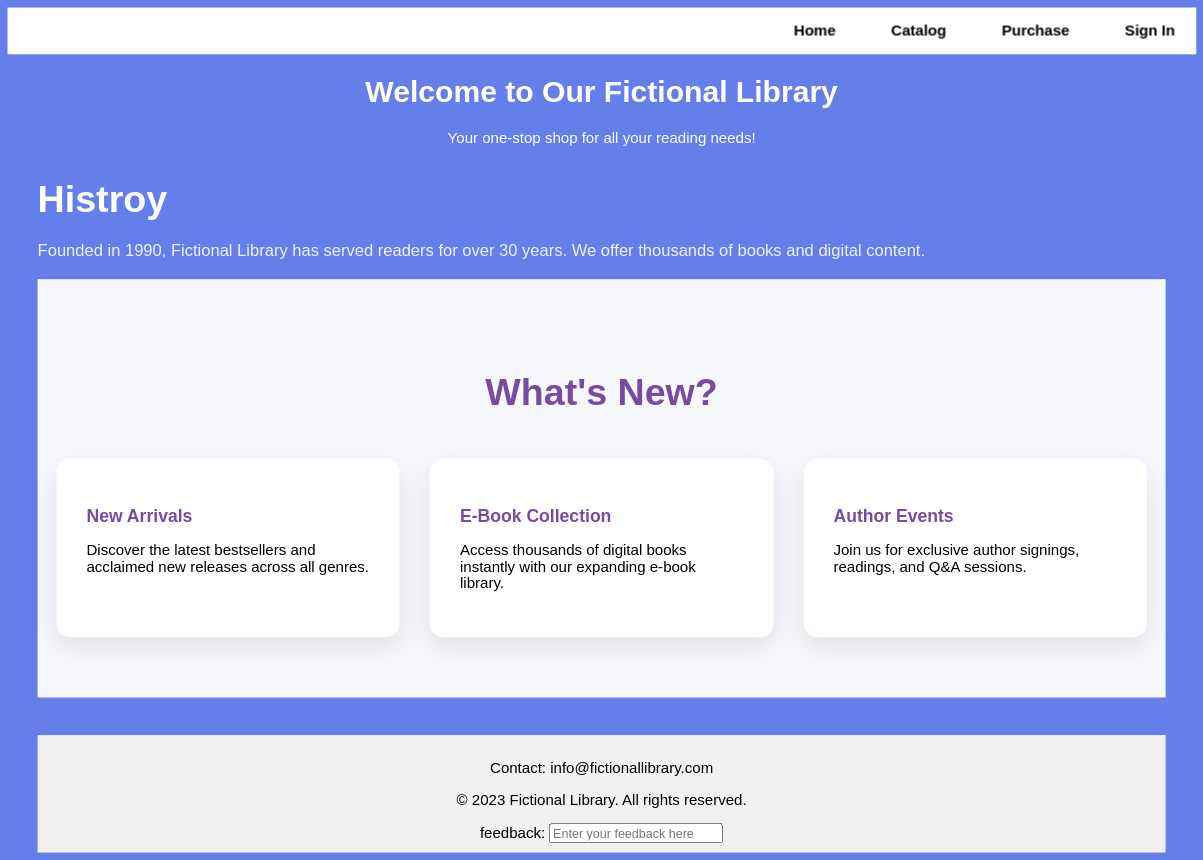
Repository: Ibrahim-Abohola/BookStore
Page: Homepage.html
These files come from the project's save history. The page is drawn as it stood at one moment and after the next save; the edit follows.
The browser window is 1280 px wide. The pictures show the whole page, at 94% of full size.

Above is the page before, as saved 2025-07-16 01:06:22.

### Homepage.html
<!DOCTYPE html>
<html lang="en">
    <head>
    <meta charset="UTF-8">
    <meta name="viewport" content="width=device-width, initial-scale=1.0">
    <title>Bookstore</title>
    <link rel="stylesheet" href="styles.css">
    </head>
    <body>
        <nav class="top-nav">
    <ul>
      <li><a href="Homepage.html">Home</a></li>
      <li><a href="catalog.html">Catalog</a></li>
      <li><a href="purchase.html">Purchase</a></li>
      <li><a href="signin.html">Sign In</a></li>
    </ul>
  </nav>
        <div class = "container">
        <header class = "hero">
            <h1>Welcome to Our Fictional Library</h1>
            <p>Your one-stop shop for all your reading needs!</p>
            <!--img src="bookstore.jpg" alt="Bookstore Image" class="hero-image"-->
        </header>
        <section class = "intro">
                <h2>Histroy</h2>
                    <p>Founded in 1990, Fictional Library has served readers for over 30 years. We offer thousands of books and digital content.</p>
        </section>
        <section class = "highlights">
            <div class="container">
                    <h2>What's New?</h2>
            <div class="highlight-grid">
                    <div class="highlight-card">
                        <h3>New Arrivals</h3>
                        <p>Discover the latest bestsellers and acclaimed new releases across all genres.</p>
                    </div>
                    <div class="highlight-card">
                        <h3>E-Book Collection</h3>
                        <p>Access thousands of digital books instantly with our expanding e-book library.</p>
                    </div>
                    <div class="highlight-card">
                        <h3>Author Events</h3>
                        <p>Join us for exclusive author signings, readings, and Q&A sessions.</p>
                    </div>
                </div>
            </div>
        </section>

        <footer>
            <p>Contact: info@fictionallibrary.com</p>
            <p>&copy; 2023 Fictional Library. All rights reserved.</p>
            <form action="#">
                <label for="feedback">feedback:</label>
                <input type="text" id="feedback" name="feedback" placeholder="Enter your feedback here">
            </form>
        </footer>
        </div>

    </body>
</html>

### styles.css
body {
    font-family: sans-serif;
    background-color: #667eea;
}

.container {
    max-width: 1200px;
    margin: 0 auto;
    padding: 0 20px;
}

nav {
    background: rgba(255, 255, 255, 0.95);
    backdrop-filter: blur(10px);
    padding: 1rem 0;
    position: fixed;
    width: 100%;
    top: 0;
    z-index: 1000;
}
nav.top-nav {
  display: flex;
  justify-content: flex-end;
  background: white;
  position: sticky;
  z-index: 1000;
}
nav.top-nav ul {
  display: flex;
  margin: 0;
  padding: 0;
}
nav.top-nav ul li {
  margin-left: 15px;
}
nav.top-nav ul li a {
  color: black;
  font-weight: bold;
  padding: 8px 12px;
}
nav.top-nav ul li a:hover {
  background-color: #147749ea;
  border-radius: 4px;
}

nav .container {
    display: flex;
    justify-content: space-between;
    align-items: center;
}

nav ul {
    display: flex;
    list-style: none;
    background:white;
    padding: 10px;
}

nav ul li a {
    color: white;
    margin: 0 10px;
    text-decoration: none;
}

.hero {

    color: white;
    text-align: center;
}
.intro {
            color: white;
        }

        .intro h2 {
            font-size: 2.5rem;
            margin-bottom: 1rem;
        }

        .intro p {
            font-size: 1.1rem;
            line-height: 1.6;
            opacity: 0.9;
        }

.highlights {
    padding: 4rem 0;
    background: rgba(255, 255, 255, 0.95);
}

.highlights h2 {
    text-align: center;
    margin-bottom: 3rem;
    color: #764ba2;
    font-size: 2.5rem;
}

.highlight-grid {
    display: grid;
    grid-template-columns: repeat(auto-fit, minmax(300px, 1fr));
    max-width: none;
    width: 100%;
    gap: 2rem;
}

.highlight-card {
    background: white;
    padding: 2rem;
    border-radius: 15px;
    box-shadow: 0 10px 30px rgba(0, 0, 0, 0.1);
    transition: transform 0.3s ease;
}

.highlight-card h3 {
    color: #764ba2;
    margin-bottom: 1rem;
}

.signin-container {
    display: flex;
    justify-content: center;
    align-items: center;
    min-height: calc(100vh - 80px);
}

.signin-form {
    background: rgba(255, 255, 255, 0.95);
    padding: 3rem;
    border-radius: 20px;
    box-shadow: 0 15px 35px rgba(0, 0, 0, 0.1);
    width: 100%;
    max-width: 400px;
    backdrop-filter: blur(10px);
}

.signin-form h2 {
    text-align: center;
    margin-bottom: 2rem;
    color: #764ba2;
    font-size: 2rem;
}

.form-group {
    margin-bottom: 1.5rem;
}

.form-group label {
    display: block;
    margin-bottom: 0.5rem;
    font-weight: 500;
}

.form-group input {
    width: 100%;
    padding: 0.8rem;
    border: 2px solid #e0e0e0;
    border-radius: 10px;
    font-size: 1rem;
    transition: border-color 0.3s ease;
}

.form-group input:focus {
    outline: none;
    border-color: #764ba2;
}

.signin-btn {
    width: 100%;
    padding: 1rem;
    background: linear-gradient(135deg, #667eea 0%, #764ba2 100%);
    color: white;
    border: none;
    border-radius: 10px;
    font-size: 1.1rem;
    font-weight: 600;
    cursor: pointer;
    transition: transform 0.3s ease;
}

.signin-btn:hover {
    transform: translateY(-2px);
}

.catalog {
    display: flex;
    flex-wrap: wrap;
    gap: 20px;
    padding: 20px;
}

.catalog-header {
    padding: 2rem 0;
    background: rgba(255, 255, 255, 0.95);
    text-align: center;
}

.catalog-header h1 {
    color: #764ba2;
    font-size: 2.5rem;
    margin-bottom: 1rem;
}

.books-grid {
    display: grid;
    grid-template-columns: repeat(auto-fit, minmax(300px, 1fr));
    gap: 2rem;
    padding: 2rem 0;
}

.book-card {
    background: rgba(255, 255, 255, 0.95);
    border-radius: 15px;
    overflow: hidden;
    box-shadow: 0 10px 30px rgba(0, 0, 0, 0.1);
    transition: transform 0.3s ease;
}

.book-card:hover {
    transform: translateY(-5px);
}

.book-cover {
    width: 100%;
    height: 300px;
    background: linear-gradient(135deg, #667eea, #764ba2);
    display: flex;
    align-items: center;
    justify-content: center;
    color: white;
    font-size: 1.2rem;
    font-weight: bold;
}

.book-info {
    padding: 1.5rem;
}

.book-title {
    font-size: 1.3rem;
    font-weight: bold;
    margin-bottom: 0.5rem;
    color: #333;
}

.book-author {
    color: #666;
    margin-bottom: 0.5rem;
}

.book-genre {
    background: #764ba2;
    color: white;
    padding: 0.3rem 0.8rem;
    border-radius: 20px;
    font-size: 0.9rem;
    display: inline-block;
    margin-bottom: 1rem;
}

.availability {
    font-weight: bold;
    margin-bottom: 1rem;
}

.available {
    color: #28a745;
}

.unavailable {
    color: #dc3545;
}

.purchase-btn {
    width: 100%;
    padding: 0.8rem;
    background: linear-gradient(135deg, #667eea, #764ba2);
    color: white;
    border: none;
    border-radius: 10px;
    font-weight: 600;
    cursor: pointer;
    transition: transform 0.3s ease;
}

.purchase-btn:hover {
    transform: translateY(-2px);
}

.purchase-btn:disabled {
    background: #ccc;
    cursor: not-allowed;
    transform: none;
}

.purchase-container {
    padding: 2rem 0;
    min-height: calc(100vh - 80px);
}

.purchase-content {
    display: grid;
    grid-template-columns: 1fr 1fr;
    gap: 3rem;
    max-width: 1000px;
    margin: 0 auto;
}

.book-details {
    background: rgba(255, 255, 255, 0.95);
    padding: 2rem;
    border-radius: 15px;
    box-shadow: 0 10px 30px rgba(0, 0, 0, 0.1);
}

.purchase-form-container {
    background: rgba(255, 255, 255, 0.95);
    padding: 2rem;
    border-radius: 15px;
    box-shadow: 0 10px 30px rgba(0, 0, 0, 0.1);
}

.purchase-form h2 {
    color: #764ba2;
    margin-bottom: 1.5rem;
}

.price {
    font-size: 1.5rem;
    font-weight: bold;
    color: #764ba2;
    margin: 1rem 0;
}

.book {
    border: 1px solid #ccc;
    padding: 10px;
    width: calc(33.333% - 40px);
}

footer {
    margin-top: 40px;
    padding: 10px;
    background: #f1f1f1;
    text-align: center;
}

After the next save:
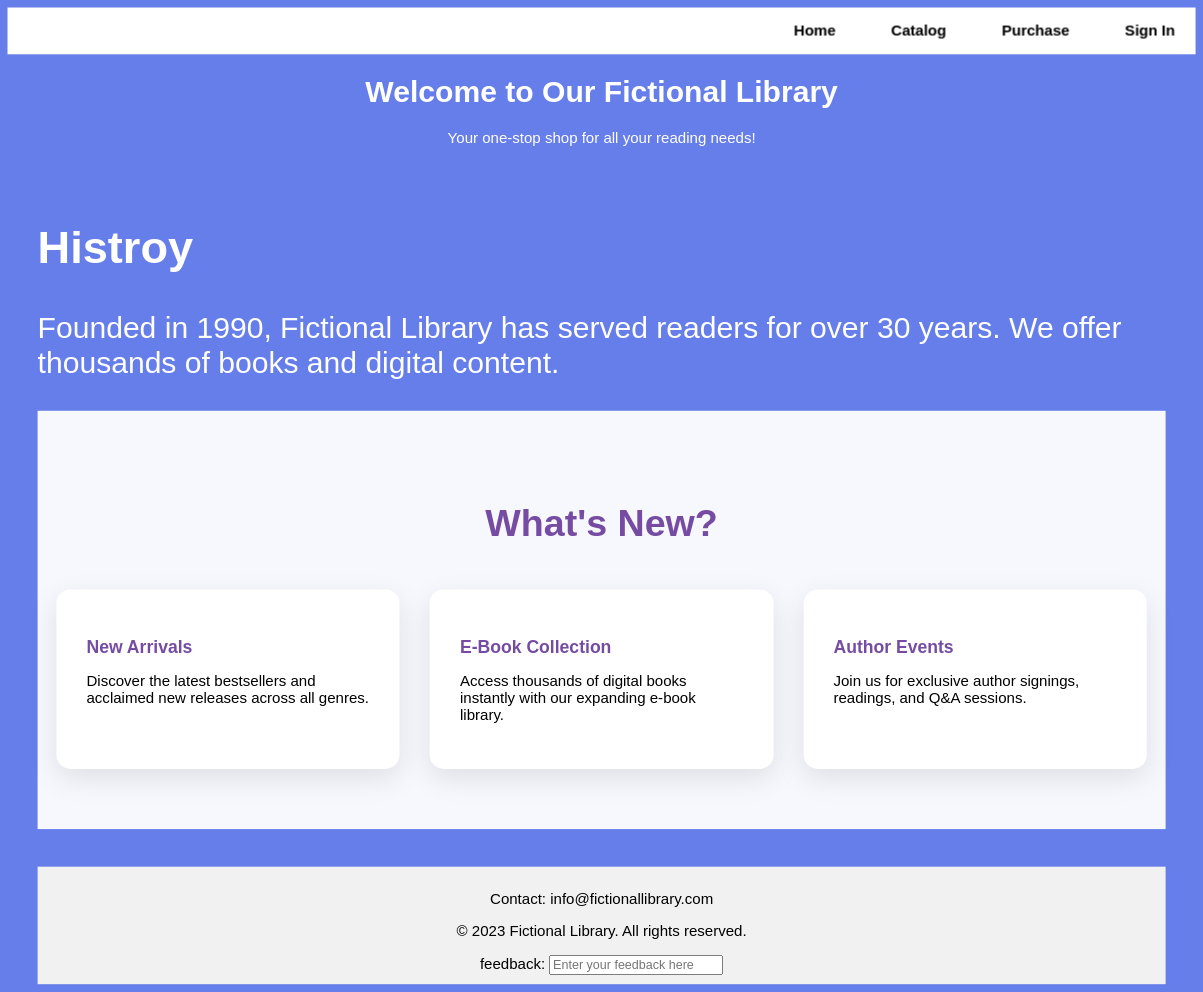
Saved 10 s later.
--- a/styles.css
+++ b/styles.css
@@ -68,19 +68,11 @@ nav ul li a {
     text-align: center;
 }
 .intro {
-            color: white;
-        }
-
-        .intro h2 {
-            font-size: 2.5rem;
-            margin-bottom: 1rem;
-        }
-
-        .intro p {
-            font-size: 1.1rem;
-            line-height: 1.6;
-            opacity: 0.9;
-        }
+    color: white;
+    font-size: 2rem;
+    margin-bottom: 1rem;
+    margin-top: 80px;
+}
 
 .highlights {
     padding: 4rem 0;
